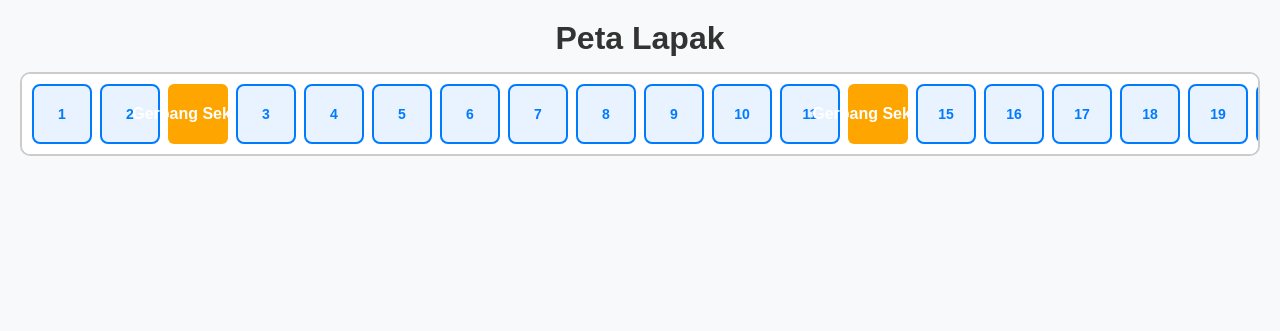
Repository: pasarrakyatbak/denah
Page: index.html
An editor plug-in stored every save of this project. The page is shown before and after the next save, followed by the edit.
The browser window is 1280 px wide. The pictures show the whole page.

Above is the page before, as saved 2025-09-19 08:02:05.

### index.html
<!DOCTYPE html>
<html lang="id">

<head>
    <meta charset="UTF-8">
    <meta name="viewport" content="width=device-width, initial-scale=1.0">
    <title>Peta Lapak</title>
    <link rel="stylesheet" href="style.css">
</head>

<body>
    <h1>Peta Lapak</h1>

    <div class="scroll-container">
        <div class="road-layout">
            <!-- Sisi Kiri -->
            <div class="side left" id="left-side"></div>

            <!-- Jalan Tengah -->
            <div class="road">JALAN</div>

            <!-- Sisi Kanan -->
            <div class="side right" id="right-side"></div>
        </div>
    </div>

    <script src="script.js"></script>
</body>

</html>

### style.css
/* Reset dasar */
* {
    margin: 0;
    padding: 0;
    box-sizing: border-box;
    font-family: Arial, sans-serif;
}

body {
    background: #f8f9fa;
    padding: 20px;
    text-align: center;
}

h1 {
    margin-bottom: 15px;
    color: #333;
}

/* Kontainer scroll vertikal */
.scroll-container {
    max-width: 100%;
    overflow-x: auto;
    border: 2px solid #ccc;
    border-radius: 10px;
    background: #fff;
    white-space: nowrap;
    padding: 10px;
}


/* Layout jalan */
.road-layout {
    display: flex;
    flex-direction: row;
    /* horizontal */
    align-items: flex-start;
    gap: 20px;
}


/* Kolom sisi */
.side {
    display: flex;
    flex-direction: row;
    gap: 8px;
}


/* Jalan tengah */
/* Jalan tengah (horizontal memanjang) */
.road {
    writing-mode: horizontal-tb;
    /* teks normal mendatar */
    font-weight: bold;
    background: #333;
    color: #fff;
    padding: 8px 20px;
    border-radius: 10px;
    display: flex;
    align-items: center;
    justify-content: center;
}


/* Kotak lapak */
.lapak {
    width: 60px;
    height: 60px;
    display: flex;
    align-items: center;
    justify-content: center;
    border: 2px solid #007bff;
    border-radius: 8px;
    background: #e9f2ff;
    font-size: 14px;
    font-weight: bold;
    color: #007bff;
}

.jalan-gerbang {
    width: 60px;
    height: 60px;
    background: orange;
    color: white;
    font-weight: bold;
    display: flex;
    align-items: center;
    justify-content: center;
    border-radius: 6px;
    writing-mode: horizontal-tb;
}

/* Responsif */
@media (max-width: 1024px) {
    .lapak {
        width: 50px;
        height: 50px;
        font-size: 12px;
    }
}

@media (max-width: 600px) {
    .lapak {
        width: 40px;
        height: 40px;
        font-size: 11px;
    }
}

### script.js
// Nomor lapak sisi kiri
const leftNumbers = [
    1, 2, 3, 4, 5, 6, 7, 8, 9, 10, 11,
    15, 16, 17, 18, 19, 20, 21, 22, 23, 24, 25, 26, 27, 28, 29, 30,
    31, 32, 33, 34, 35, 36, 37, 38, 39, 40, 41, 42, 43, 44, 45, 46, 47, 48, 49, 50,
    51, 52, 53, 54, 55, 56, 57, 58, 59, 60, 61, 62, 63, 64, 65, 66, 67, 68, 69, 70,
    71, 72, 73, 74, 75, 76, 77, 78, 79, 80, 81, 82, 83, 84, 85, 86, 87, 88, 89, 90,
    91, 92, 93, 94, 95, 96, 97, 98, 99, 100, 101, 102, 103, 104,
    186, 187, 188, 189, 190, 191, 192, 193
];
const leftSide = document.getElementById("left-side");

// Nomor lapak sisi kanan (tetap sama daftarnya)
const rightNumbers = [
    194, 195, 196, 197, 198, 199, 200, 201, 202, 203, 204, 205, 206, 207, 208, 209, 210, 211, 212, 213,
    105, 106, 107, 108, 109, 110, 111, 112, 113, 114, 115, 116, 117, 118, 119, 120, 121, 122, 123, 124,
    125, 126, 127, 128, 129, 130, 131, 132, 133, 134, 135, 136, 137, 138,
    214, 215, 216,
    139, 140, 141, 142, 143, 144, 145, 146, 147, 148, 149, 150, 151, 152, 153, 154, 155, 156, 157, 158, 159, 160,
    161, 162, 163, 164, 165, 166, 167, 168, 169, 170, 171, 172, 173, 174, 175, 176, 177, 178, 179, 180,
    181, 182, 183, 184, 185
];
leftNumbers.forEach(num => {
    const div = document.createElement("div");
    div.className = "lapak";
    div.textContent = num;
    leftSide.appendChild(div);

    // Tambahkan tanda jalan setelah nomor 2
    if (num === 2) {
        const jalanGerbang = document.createElement("div");
        jalanGerbang.className = "jalan-gerbang";
        jalanGerbang.textContent = "Gerbang Sekolah";
        leftSide.appendChild(jalanGerbang);
    }

    // Tambahkan tanda jalan setelah nomor 11
    if (num === 11) {
        const jalanGerbang = document.createElement("div");
        jalanGerbang.className = "jalan-gerbang";
        jalanGerbang.textContent = "Gerbang Sekolah";
        leftSide.appendChild(jalanGerbang);
    }
});
// Render sisi kanan dengan urutan dibalik
const rightSide = document.getElementById("right-side");
rightNumbers.slice().reverse().forEach(num => {
    const div = document.createElement("div");
    div.className = "lapak";
    div.textContent = num;
    rightSide.appendChild(div);
});

After the next save:
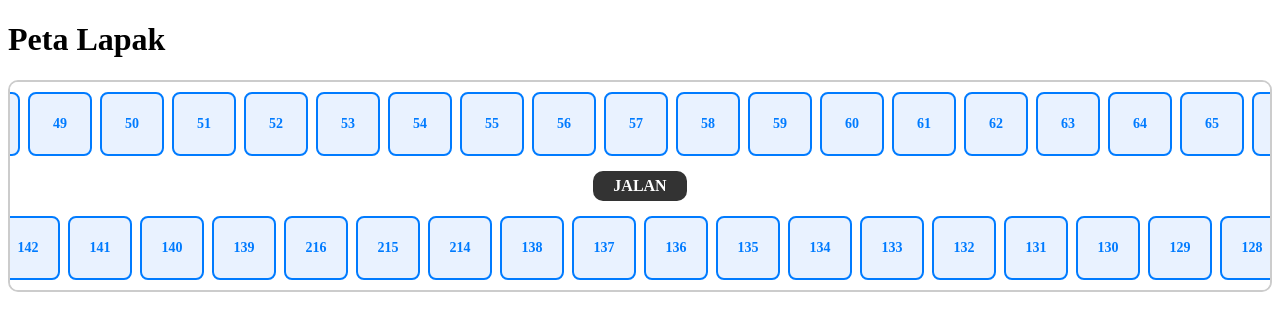
Saved 47 s later.
--- a/style.css
+++ b/style.css
@@ -1,23 +1,4 @@
-/* Reset dasar */
-* {
-    margin: 0;
-    padding: 0;
-    box-sizing: border-box;
-    font-family: Arial, sans-serif;
-}
-
-body {
-    background: #f8f9fa;
-    padding: 20px;
-    text-align: center;
-}
-
-h1 {
-    margin-bottom: 15px;
-    color: #333;
-}
-
-/* Kontainer scroll vertikal */
+/* Kontainer scroll horizontal */
 .scroll-container {
     max-width: 100%;
     overflow-x: auto;
@@ -28,40 +9,31 @@ h1 {
     padding: 10px;
 }
 
-
-/* Layout jalan */
+/* Layout: atas (kanan) - jalan - bawah (kiri) */
 .road-layout {
     display: flex;
-    flex-direction: row;
-    /* horizontal */
-    align-items: flex-start;
-    gap: 20px;
+    flex-direction: column;
+    /* urut ke bawah */
+    align-items: center;
+    gap: 15px;
 }
 
-
-/* Kolom sisi */
+/* Kolom sisi jadi horizontal */
 .side {
     display: flex;
     flex-direction: row;
     gap: 8px;
 }
 
-
-/* Jalan tengah */
-/* Jalan tengah (horizontal memanjang) */
+/* Jalan horizontal */
 .road {
     writing-mode: horizontal-tb;
-    /* teks normal mendatar */
     font-weight: bold;
     background: #333;
     color: #fff;
-    padding: 8px 20px;
+    padding: 6px 20px;
     border-radius: 10px;
-    display: flex;
-    align-items: center;
-    justify-content: center;
 }
-
 
 /* Kotak lapak */
 .lapak {
@@ -78,6 +50,7 @@ h1 {
     color: #007bff;
 }
 
+/* Gerbang */
 .jalan-gerbang {
     width: 60px;
     height: 60px;
